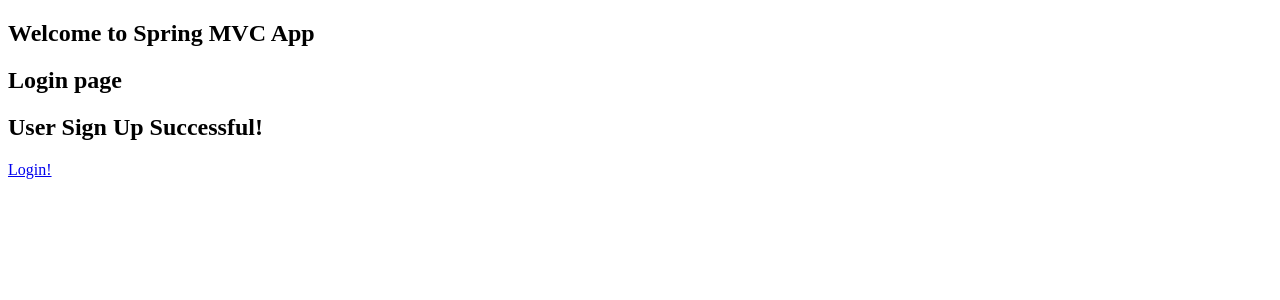
Repository: Prieena/cgi_java_training
Page: http://localhost/LoginApp_Assignment2/usersignup.jsp
An editor plug-in stored every save of this project. The page is shown before and after the next save, followed by the edit.
The browser window is 1280 px wide. The pictures show the whole page.
The page is served by Tomcat 9. Other server files are loaded and not shown.

Above is the page before, as saved 2024-09-27 13:45:07.

### spring-mvc/LoginApp_Assignment2/src/main/webapp/usersignup.jsp
<%@ page language="java" contentType="text/html; charset=UTF-8"
    pageEncoding="UTF-8"%>
<!DOCTYPE html>
<html>
<head>
<meta charset="UTF-8">
<title>Insert title here</title>
</head>
<body>
	<h2>Welcome to Spring MVC App </h2>
	<h2>Login page</h2>
	<h2>User Sign Up Successful!</h2>
	<a href="login">Login!</a>
</body>
</html>

After the next save:
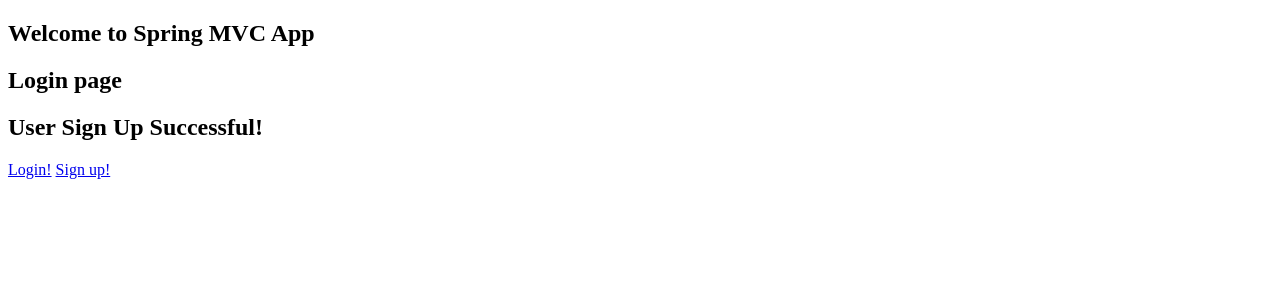
Saved 65 s later.
--- a/spring-mvc/LoginApp_Assignment2/src/main/webapp/usersignup.jsp
+++ b/spring-mvc/LoginApp_Assignment2/src/main/webapp/usersignup.jsp
@@ -11,5 +11,6 @@
 	<h2>Login page</h2>
 	<h2>User Sign Up Successful!</h2>
 	<a href="login">Login!</a>
+	<a href="signup">Sign up!</a>
 </body>
 </html>
